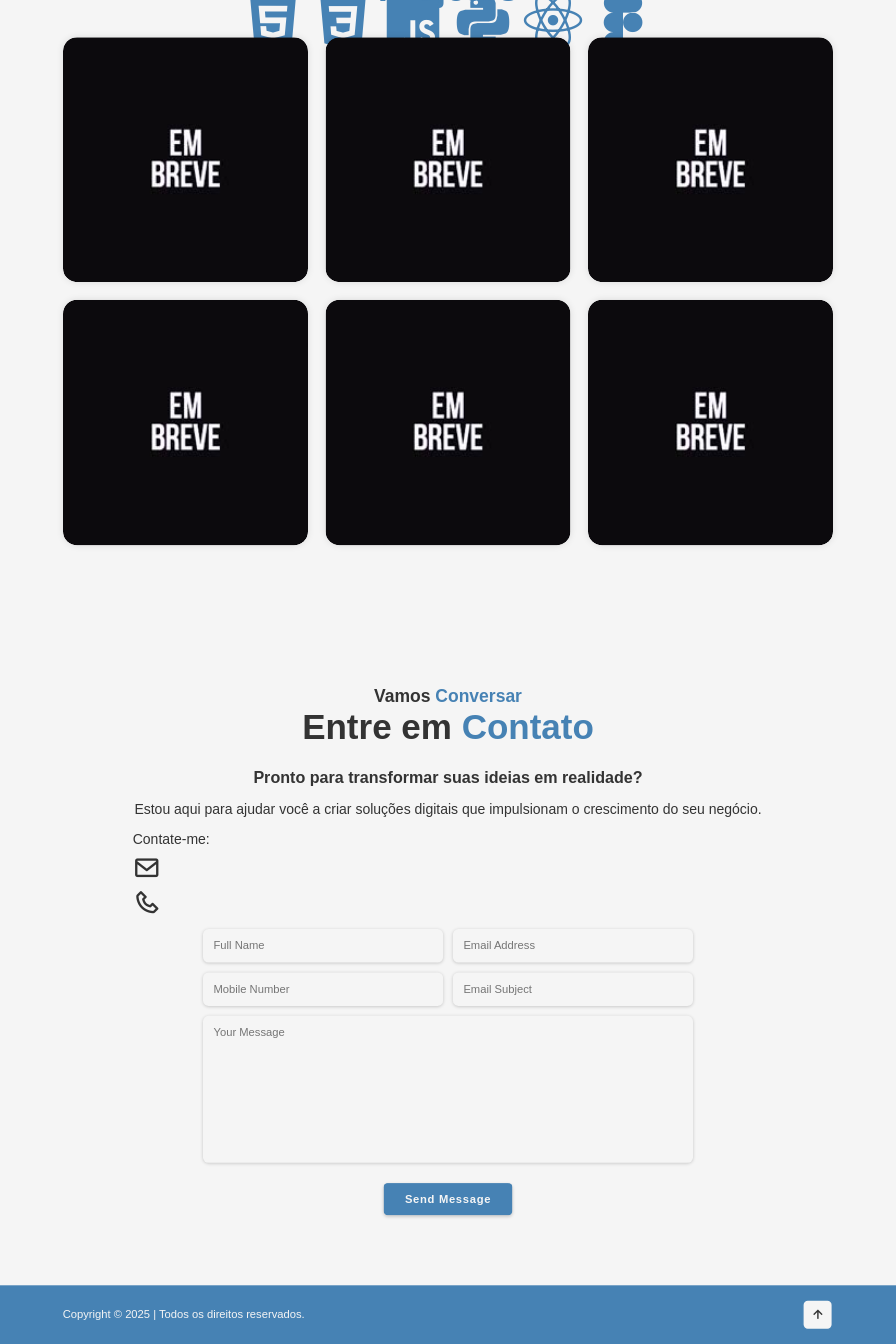
Repository: AliciaKathleen/portfolio-2025
Page: index.html
An editor plug-in stored every save of this project. The page is shown before and after the next save, followed by the edit.
The browser window is 1280 px wide. The pictures show the part of the page from y = 2533 to 4453 px (the page is 4453 px tall before and 4320 px after), at 70% of full size.

Above is the page before, as saved 2025-01-27 18:39:08.
Console error: TypeError: Cannot read properties of null (reading 'classList')

After the next save:
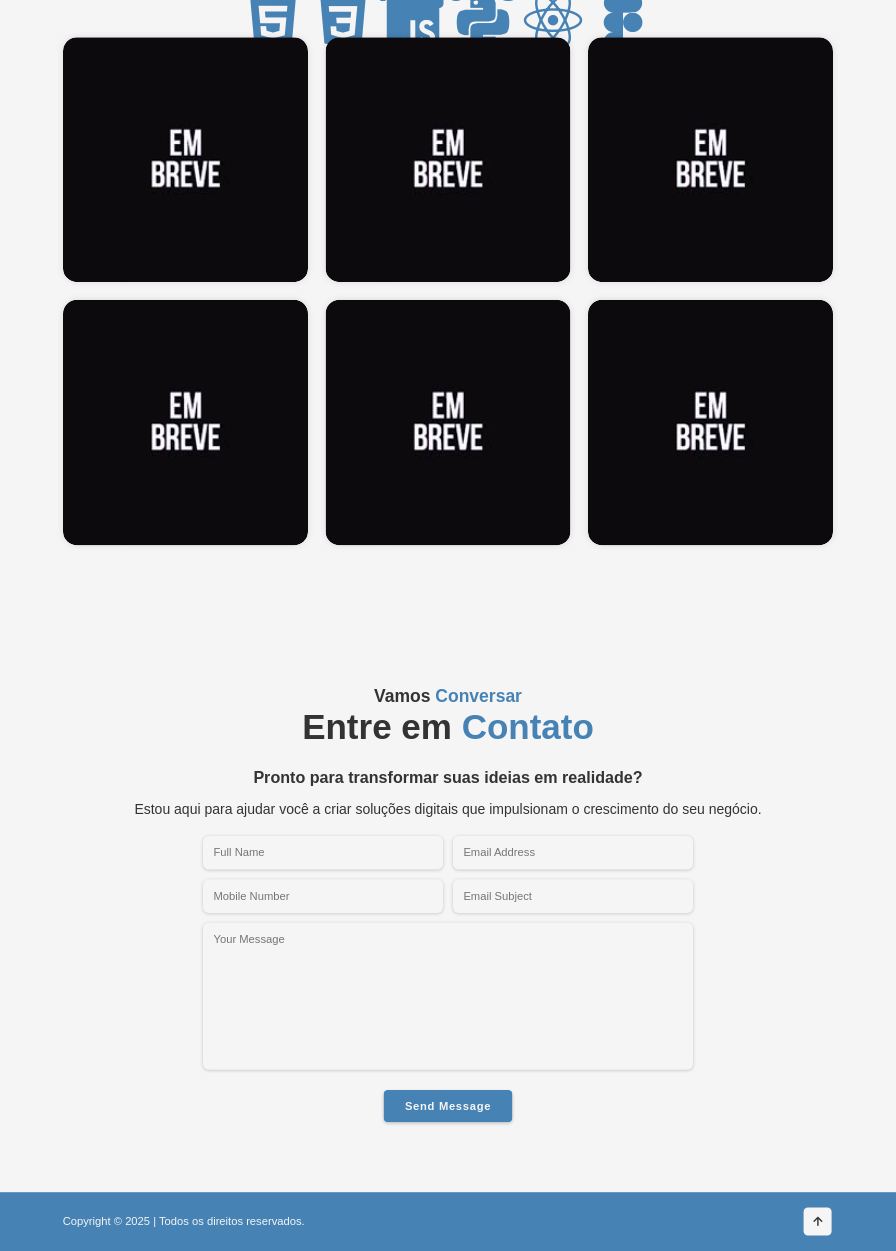
Saved 23 s later.
--- a/index.html
+++ b/index.html
@@ -213,14 +213,6 @@
         <h3 class="heading">Pronto para transformar suas ideias em realidade?</h3>
         <p class="heading">Estou aqui para ajudar você a criar soluções digitais que impulsionam o crescimento do seu negócio.</p>
 
-        <p class="contact-me">Contate-me:</p>
-        <div class="contact-me">
-            <i class='bx bx-envelope' ></i>
-        </div>
-        <div class="contact-me">
-            <i class='bx bx-phone'></i>
-        </div>
-
         <form action="#">
             <div class="input-box">
                 <input type="text" placeholder="Full Name">
